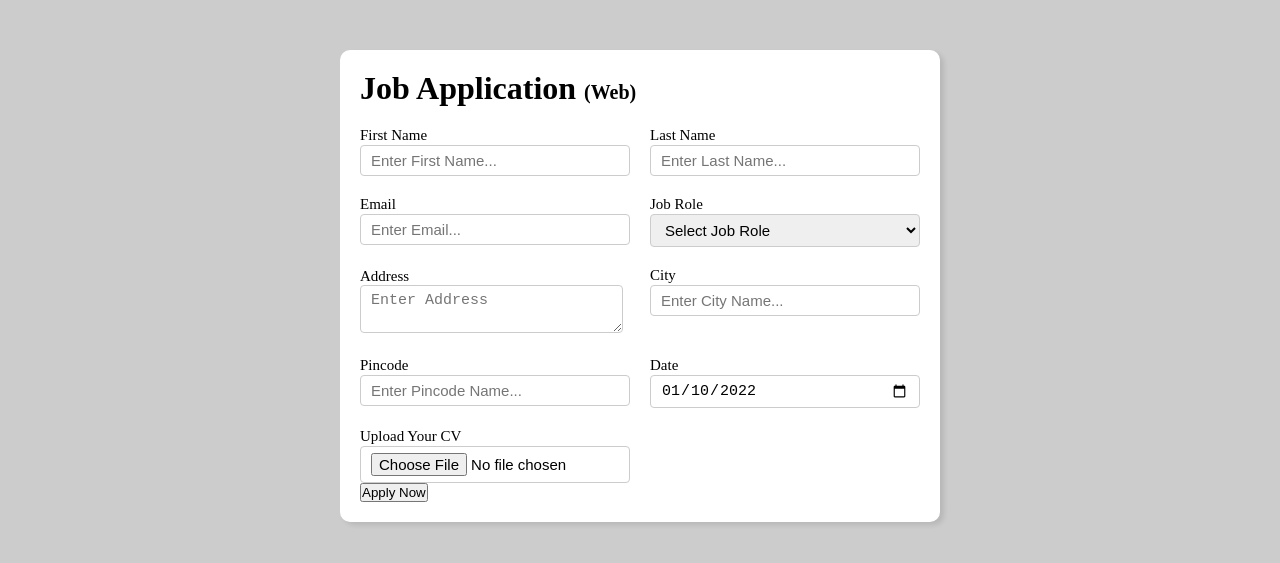
Repository: diensy/JOB-APPLICATION
Page: index.html
These files come from the project's save history. The page is drawn as it stood at one moment and after the next save; the edit follows.
The browser window is 1280 px wide. The pictures show the whole page.

Above is the page before, as saved 2024-02-27 22:36:26.

### index.html
<!DOCTYPE html>
<html lang="en">
  <head>
    <meta charset="UTF-8" />
    <meta http-equiv="X-UA-Compatible" content="IE=edge" />
    <meta name="viewport" content="width=device-width, initial-scale=1.0" />
    <title>Job Application Form</title>
    <link rel="stylesheet" href="Job_Application.css" />
  </head>
  <body>
    <div class="container">
      <div class="apply_box">
        <h1>
          Job Application
          <span class="title_small">(Web)</span>
        </h1>
        <form action="">
          <div class="form_container">
            <div class="form_control">
              <label for="first_name"> First Name </label>
              <input
                id="first_name"
                name="first_name"
                placeholder="Enter First Name..."
              />
            </div>
            <div class="form_control">
              <label for="last_name"> Last Name </label>
              <input
                id="last_name"
                name="last_name"
                placeholder="Enter Last Name..."
              />
            </div>
            <div class="form_control">
              <label for="email"> Email </label>
              <input
                type="email"
                id="email"
                name="email"
                placeholder="Enter Email..."
              />
            </div>
            <div class="form_control">
              <label for="job_role"> Job Role </label>
              <select id="job_role" name="job_role">
                <option value="">Select Job Role</option>
                <option value="frontend">Frontend Developer</option>
                <option value="backend">Backend Developer</option>
                <option value="full_stack">Full Stack Developer</option>
                <option value="ui_ux">UI UX Designer</option>
              </select>
            </div>
            <div class="textarea_control">
              <label for="address"> Address </label>
              <textarea
                id="address"
                name="address"
                row="3"
                cols="25"
                placeholder="Enter Address"
              ></textarea>
            </div>
            <div class="form_control">
              <label for="city"> City </label>
              <input id="city" name="city" placeholder="Enter City Name..." />
            </div>
            <div class="form_control">
              <label for="pincode"> Pincode </label>
              <input
                type="number"
                id="pincode"
                name="pincode"
                placeholder="Enter Pincode Name..."
              />
            </div>
            <div class="form_control">
              <label for="date"> Date </label>
              <input value="2022-01-10" type="date" id="date" name="date" />
            </div>
            <div class="form_control">
              <label for="upload"> Upload Your CV </label>
              <input type="file" id="upload" name="upload" />
            </div>
          </div>
          <div class="button_container">
            <button type="submit">Apply Now</button>
          </div>
        </form>
      </div>
    </div>
  </body>
</html>

### Job_Application.css
* {
  margin: 0;
  padding: 0;
  box-sizing: border-box;
}

body {
  background-color: #ccc;
}
.container {
  max-width: 900px;
  margin: 0 auto;
}

.apply_box {
  max-width: 600px;
  padding: 20px;
  background-color: white;
  margin: 0 auto;
  margin-top: 50px;
  box-shadow: 4px 3px 5px rgba(1, 1, 1, 0.1);
  border-radius: 10px;
}

.title_small {
  font-size: 20px;
}

.form_container {
  margin-top: 20px;
  margin-top: 20px;
  display: grid;
  grid-template-columns: repeat(auto-fit, minmax(200px, 1fr));
  gap: 20px;
}
.form_control {
  display: flex;
  flex-direction: column;
}
label {
  font-size: 15px;
  margin-bottom: 1px;
}
input,
select,
textarea {
  padding: 6px 10px;
  border: 1px solid #ccc;
  border-radius: 4px;
  font-size: 15px;
}
input:focus {
  outline-color: red;
}
.button_container {
  display: flex;
}

After the next save:
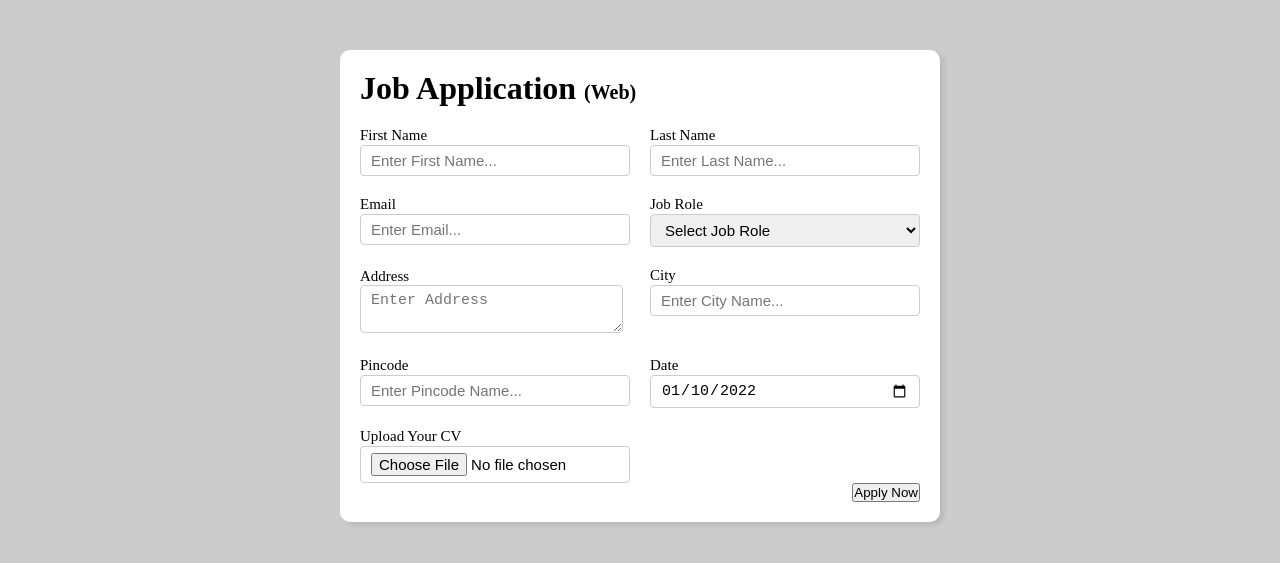
Saved 20 s later.
--- a/Job_Application.css
+++ b/Job_Application.css
@@ -54,4 +54,5 @@ input:focus {
 }
 .button_container {
   display: flex;
+  justify-content: end;
 }
